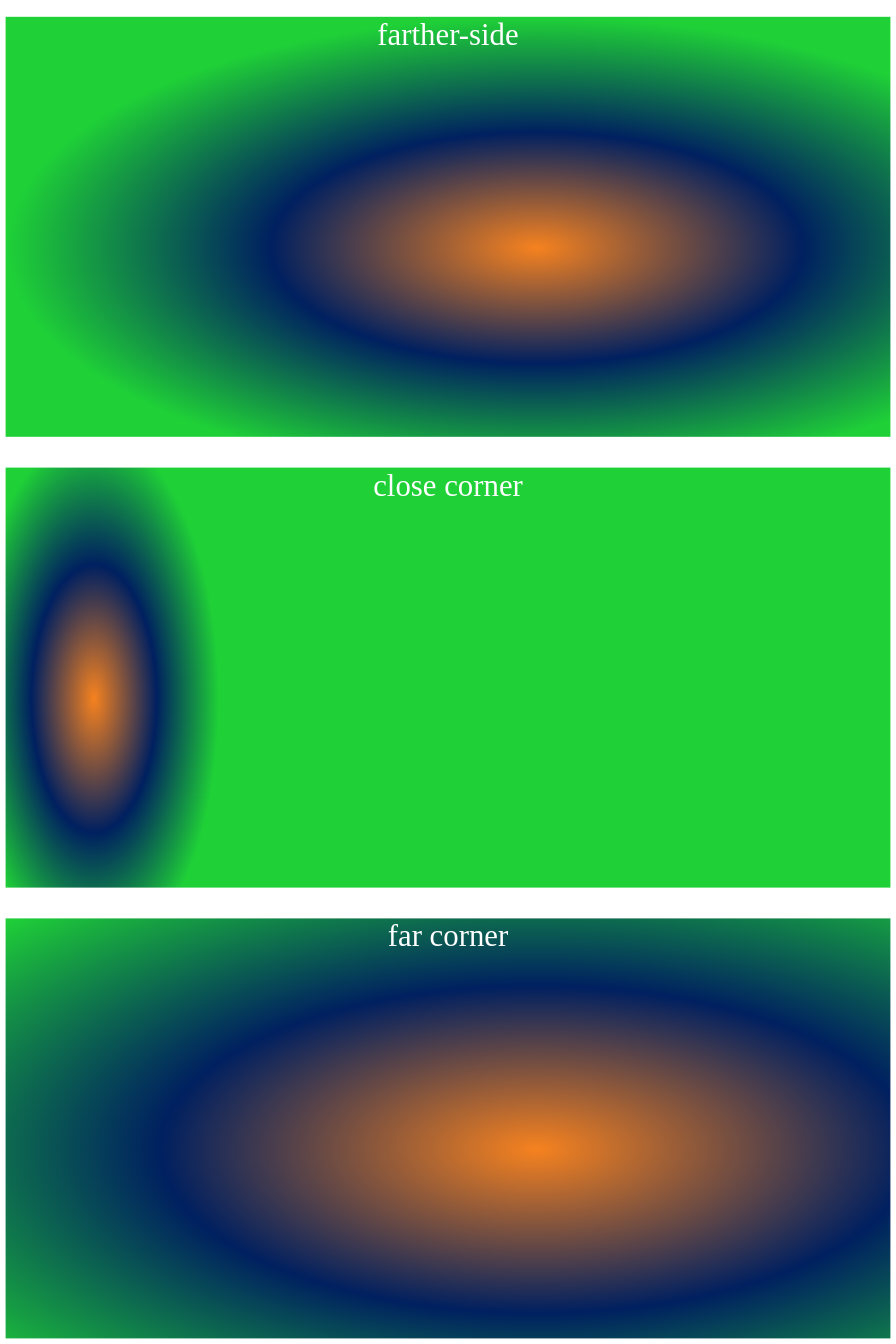
Repository: Pema-yangki/Css
Page: color.html
An editor plug-in stored every save of this project. The page is shown before and after a run of saves, followed by the edit.
The browser window is 1280 px wide. The pictures show the part of the page from y = 2700 to 4620 px (the page is 4620 px tall), at 70% of full size.

Above is the page before, as saved 2024-03-27 10:28:47.

After the next 2 saves:
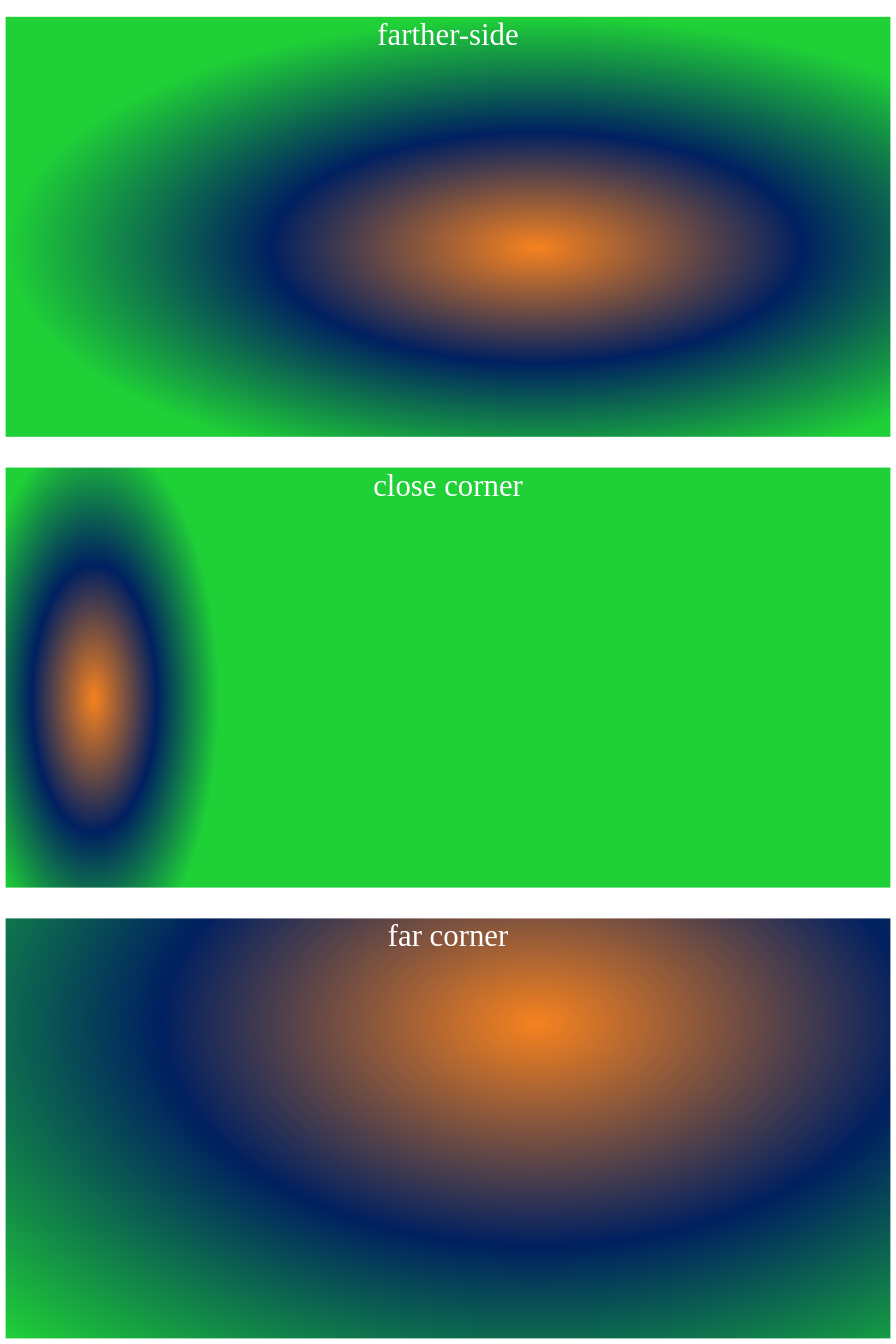
The 2 saves are shown as one change because they came seconds apart.
The last was saved 20 s later.
--- a/color.html
+++ b/color.html
@@ -105,7 +105,7 @@
 .Farthercorner{
     background-image:
 radial-gradient(farthest-corner at 60%
-55%,#f6821f,#002060,#1fd137);
+25%,#f6821f,#002060,#1fd137);
 height: 600px;
 }
 

After the save that followed:
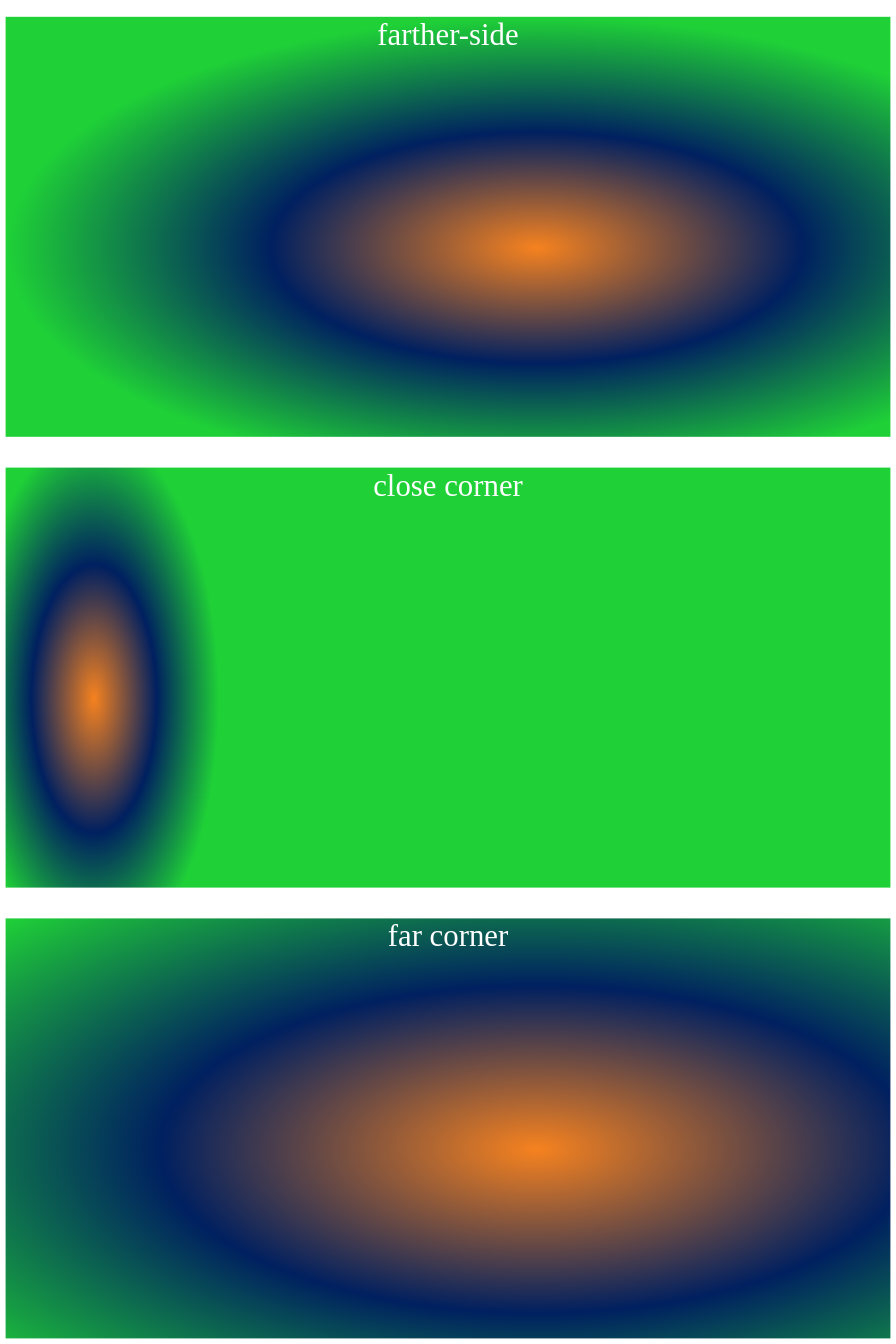
Saved 6 s later.
--- a/color.html
+++ b/color.html
@@ -105,7 +105,7 @@
 .Farthercorner{
     background-image:
 radial-gradient(farthest-corner at 60%
-25%,#f6821f,#002060,#1fd137);
+55%,#f6821f,#002060,#1fd137);
 height: 600px;
 }
 
